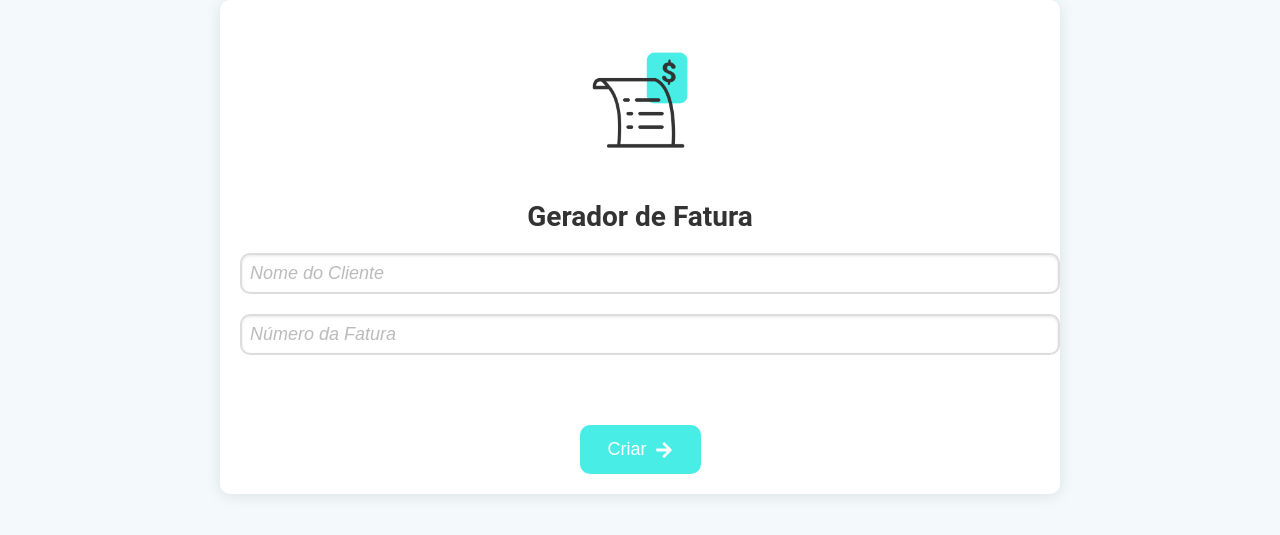
Repository: thmedu/Gerador-de-Faturas
Page: /
An editor plug-in stored every save of this project. The page is shown before and after the next save, followed by the edit.
The browser window is 1280 px wide. The pictures show the whole page.
The project was rebuilt for these pictures with package versions that can differ from the ones it lists, and the page was loaded fresh each time. Also part of the build but not shown: vite.config.js, src/Componete/Template.jsx.

Above is the page before, as saved 2024-07-16 19:37:21.

### index.html
<!DOCTYPE html>
<html lang="pt-BR">

<head>
  <meta charset="UTF-8" />
  <meta name="viewport" content="width=device-width, initial-scale=1.0" />
  <meta name="description" content="Gere sua fatura de forma simples e rápida com nosso gerador de faturas em React." />
  <meta name="keywords" content="fatura, gerador de faturas, React, financeiro" />
  <meta name="author" content="Thomas Eduardo" />
  <link rel="stylesheet" href="./src/App.css">
  <link rel="icon" href="./public/logo.png" />
  <title>Gere sua Fatura</title>
</head>


<body>
  <div id="root"></div>
  <script type="module" src="./src/main.jsx"></script>
</body>

</html>

### src/App.css
body {
  font-family: 'Roboto', sans-serif; /* Fonte moderna */
  background-color: #f4f9fc; /* Fundo suave */
  margin: 0;
  padding: 0;
}

.container {
  max-width: 600px; /* Largura ideal para usabilidade */
  margin: 100px auto; /* Centralização */
  padding: 40px 30px; /* Padding generoso */
  background: white; /* Estilo de cartão */
  border-radius: 20px; /* Cantos arredondados */
  box-shadow: 0 8px 30px rgba(0, 0, 0, 0.15); /* Sombra sutil */
  transition: transform 0.3s; /* Transição suave */
}

.container:hover {
  transform: translateY(-5px); /* Efeito de elevação ao passar o mouse */
}

.logo {
  display: block;
  margin: 0 auto 20px; /* Centraliza o logo */
  max-width: 160px; /* Ajusta o tamanho do logo */
}

.title {
  text-align: center;
  color: #333; /* Texto escuro */
  font-size: 28px; /* Tamanho de fonte grande */
  margin-bottom: 20px; /* Espaço abaixo do título */
  font-weight: 700; /* Título em negrito */
}

.form {
  display: flex;
  flex-direction: column; /* Layout em coluna para os inputs */
}

.inputs {
  margin-bottom: 30px; /* Mais espaço abaixo dos inputs */
}

.input-field {
  padding: 8px; /* Padding confortável */
  border: 2px solid #ddd; /* Borda mais espessa */
  border-radius: 10px; /* Cantos arredondados */
  font-size: 18px; /* Tamanho de fonte maior */
  width: 100%; /* Largura total */
  box-shadow: inset 0 1px 3px rgba(0, 0, 0, 0.1); /* Sombra interna suave */
  transition: border-color 0.3s, box-shadow 0.3s; /* Transições suaves */
  margin-bottom: 20px; /* Espaço entre os inputs */
}

.input-field:focus {
  border-color: #48ede5; /* Cor de destaque ao focar */
  outline: none; /* Remove o contorno padrão */
  box-shadow: 0 0 5px rgba(72, 237, 229, 0.5); /* Efeito de brilho */
}

.input-field::placeholder {
  color: #bbb; /* Placeholder cinza claro */
  font-style: italic; /* Estilo itálico para o placeholder */
}

.buttons {
  display: flex;
  justify-content: center; /* Centraliza os botões */
  margin-top: 20px; /* Espaço acima dos botões */
}

.submit-button {
  background-color: #48ede5; /* Cor primária */
  color: white; /* Texto branco */
  border: none; /* Sem borda */
  border-radius: 10px; /* Cantos arredondados */
  padding: 14px 28px; /* Padding confortável */
  font-size: 18px; /* Tamanho de fonte maior */
  cursor: pointer; /* Muda para ponteiro ao passar o mouse */
  transition: background 0.3s, transform 0.3s; /* Transições suaves */
  display: flex; /* Flex para alinhar ícone */
  align-items: center; /* Centraliza verticalmente */
}

.submit-button:hover {
  background-color: #36b4d3; /* Tom mais escuro ao passar o mouse */
  transform: scale(1.05); /* Efeito de zoom leve */
}

.submit-button:disabled {
  background-color: #c0c0c0; /* Cinza quando desabilitado */
  cursor: not-allowed; /* Cursor de não permitido */
}

.submit-button svg {
  margin-left: 8px; /* Espaço entre texto e ícone */
}

input:disabled {
  background-color: #f7f7f7; /* Fundo claro para desabilitados */
  color: #aaa; /* Texto mais claro */
}

### src/main.jsx
import React from 'react';
import ReactDOM from 'react-dom';
import App from './App';
import 'react-toastify/dist/ReactToastify.css';
import { ToastContainer } from 'react-toastify';

ReactDOM.render(
  <React.StrictMode>
    <ToastContainer />
    <App />
  </React.StrictMode>,
  document.getElementById('root'),
);

### src/App.jsx
import React, { useState, useEffect } from 'react';
import './App.css';
import TemplatePdf from './Componete/Template';
import { FaArrowRight } from 'react-icons/fa';
import { toast } from 'react-toastify';
import logo from '/logo.png';

function App() {
  const [numeroDaFatura, setNumeroDaFatura] = useState('');
  const [nomeCliente, setNomeCliente] = useState('');
  const [data, setData] = useState('');
  const [visualizar, setVisualizar] = useState(true);
  const [loading, setLoading] = useState(false);

  useEffect(() => {
    const atual = new Date();
    const dataFormatada = `${String(atual.getDate()).padStart(2, '0')}/${String(
      atual.getMonth() + 1,
    ).padStart(2, '0')}/${atual.getFullYear()}`;
    setData(dataFormatada);
  }, []);

  const criar = () => {
    if (!numeroDaFatura.match(/^[0-9]+$/)) {
      toast.error('Por favor, insira um número de fatura válido.');
      return;
    }
    if (!nomeCliente) {
      toast.error('Por favor, insira o nome do cliente.');
      return;
    }
    setLoading(true);
    setTimeout(() => {
      toast.success('Fatura criada com sucesso!');
      setLoading(false);
      setVisualizar(false);
    }, 500); // Simulando um delay para uma chamada de API
  };

  return (
    <>
      {visualizar ? (
        <div className="container">
          <img src={logo} alt="Logo" className="logo" />
          <h1 className="title">Gerador de Fatura</h1>
          <div className="form">
            <div className="inputs">
              <input
                type="text"
                placeholder="Nome do Cliente"
                value={nomeCliente}
                onChange={(e) => setNomeCliente(e.target.value)}
                disabled={loading} // Desabilita o input durante o carregamento
                className="input-field"
              />
              <input
                type="text"
                placeholder="Número da Fatura"
                value={numeroDaFatura}
                onChange={(e) => setNumeroDaFatura(e.target.value)}
                disabled={loading} // Desabilita o input durante o carregamento
                className="input-field"
              />
            </div>
            <div className="buttons">
              <button
                onClick={criar}
                disabled={loading}
                className="submit-button"
              >
                {loading ? 'Criando...' : 'Criar'} <FaArrowRight />
              </button>
            </div>
          </div>
        </div>
      ) : (
        <TemplatePdf
          NumeroDaFatura={numeroDaFatura}
          data={data}
          nomeCliente={nomeCliente}
        />
      )}
    </>
  );
}

export default App;

### src/Componete/Template.css
/* Container geral */
.container {
    max-width: 800px;
    margin: 0 auto;
    padding: 20px;
    background: #ffffff;
    border-radius: 10px;
    box-shadow: 0 2px 15px rgba(0, 0, 0, 0.1);
}

/* Logo */
.logo {
    text-align: center;
    margin-bottom: 20px;
}

.logo img {
    max-width: 100px;
}

/* Título */
h1 {
    text-align: center;
    color: #48ede5;
    font-size: 28px;
    margin-bottom: 20px;
}

/* Informações do cliente */
.client-info {
    margin-bottom: 20px;
    font-size: 16px;
    color: #333;
    padding: 10px;
    background-color: #f9f9f9;
    border-radius: 5px;
}

/* Método de pagamento */
.payment-method {
    margin-bottom: 20px;
}

.payment-method select {
    padding: 10px;
    border: 1px solid #ccc;
    border-radius: 5px;
    font-size: 16px;
}

/* Tabela */
.table {
    width: 100%;
    border-collapse: collapse;
    margin-top: 20px;
}

.table thead {
    background: #48ede5;
    color: #ffffff;
}

.table th, .table td {
    padding: 12px;
    text-align: left;
    border-bottom: 1px solid #ddd;
}

.table tbody tr:hover {
    background: #f1f1f1;
}

/* Notas */
.notes {
    margin-top: 20px;
    color: #333;
}

.notes strong {
    display: block;
    margin-bottom: 5px;
    font-weight: bold;
}

/* Botões */
.button-group {
    margin-top: 20px;
    display: flex;
    justify-content: space-between;
}

.print-button, .add-button, .remove-button {
    padding: 10px 15px;
    background: #48ede5;
    color: white;
    border: none;
    border-radius: 5px;
    cursor: pointer;
    transition: background 0.3s ease;
}

.print-button:hover, .add-button:hover, .remove-button:hover {
    background: #36b4d3;
}

/* Título do diálogo */
.dialog-title {
    display: flex;
    justify-content: space-between;
    align-items: center;
}

.dialog-title .hed {
    font-size: 1.5em;
    font-weight: bold;
    color: #48ede5;
}

/* Formulários */
.forms {
    display: flex;
    flex-direction: column;
}

.forms input {
    width: 100%;
    padding: 10px;
    margin: 5px 0;
    border: 1px solid #ccc;
    border-radius: 5px;
    transition: border-color 0.3s;
}

.forms input:focus {
    border-color: #48ede5;
    outline: none;
}

/* Ícones nos produtos */
.table td:first-child {
    display: flex;
    align-items: center;
}

.table td:first-child svg {
    margin-right: 8px; /* Espaçamento entre ícone e texto */
}

/* Estilo de remover produto */
.remove-button {
    background: transparent;
    color: #e74c3c; /* Cor do ícone de remover */
    border: none;
    cursor: pointer;
    display: flex;
    align-items: center;
}

.remove-button:hover {
    color: #c0392b; /* Cor ao passar o mouse */
}

After the next save:
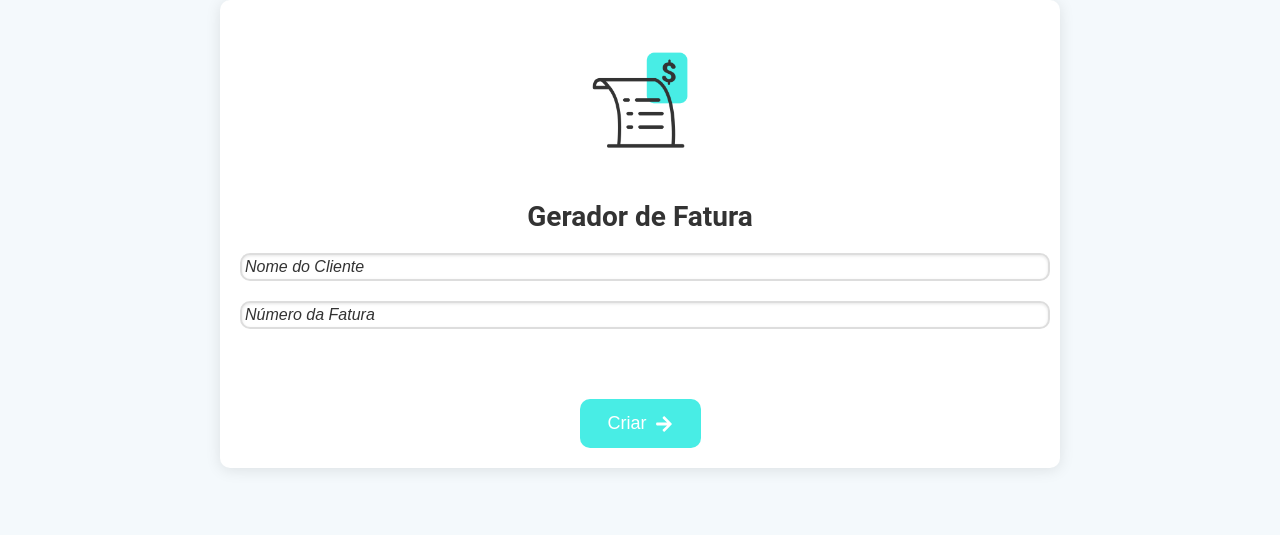
Saved 86 s later.
--- a/src/App.css
+++ b/src/App.css
@@ -43,14 +43,14 @@ body {
 }
 
 .input-field {
-  padding: 8px; /* Padding confortável */
-  border: 2px solid #ddd; /* Borda mais espessa */
-  border-radius: 10px; /* Cantos arredondados */
-  font-size: 18px; /* Tamanho de fonte maior */
-  width: 100%; /* Largura total */
-  box-shadow: inset 0 1px 3px rgba(0, 0, 0, 0.1); /* Sombra interna suave */
-  transition: border-color 0.3s, box-shadow 0.3s; /* Transições suaves */
-  margin-bottom: 20px; /* Espaço entre os inputs */
+    padding: 3px;
+    border: 2px solid #ddd;
+    border-radius: 10px;
+    font-size: 16px;
+    width: 100%;
+    box-shadow: inset 0 1px 3px rgba(0, 0, 0, 0.1);
+    transition: border-color 0.3s, box-shadow 0.3s;
+    margin-bottom: 20px;
 }
 
 .input-field:focus {
@@ -60,7 +60,7 @@ body {
 }
 
 .input-field::placeholder {
-  color: #bbb; /* Placeholder cinza claro */
+  color: #333; /* Placeholder cinza claro */
   font-style: italic; /* Estilo itálico para o placeholder */
 }
 
